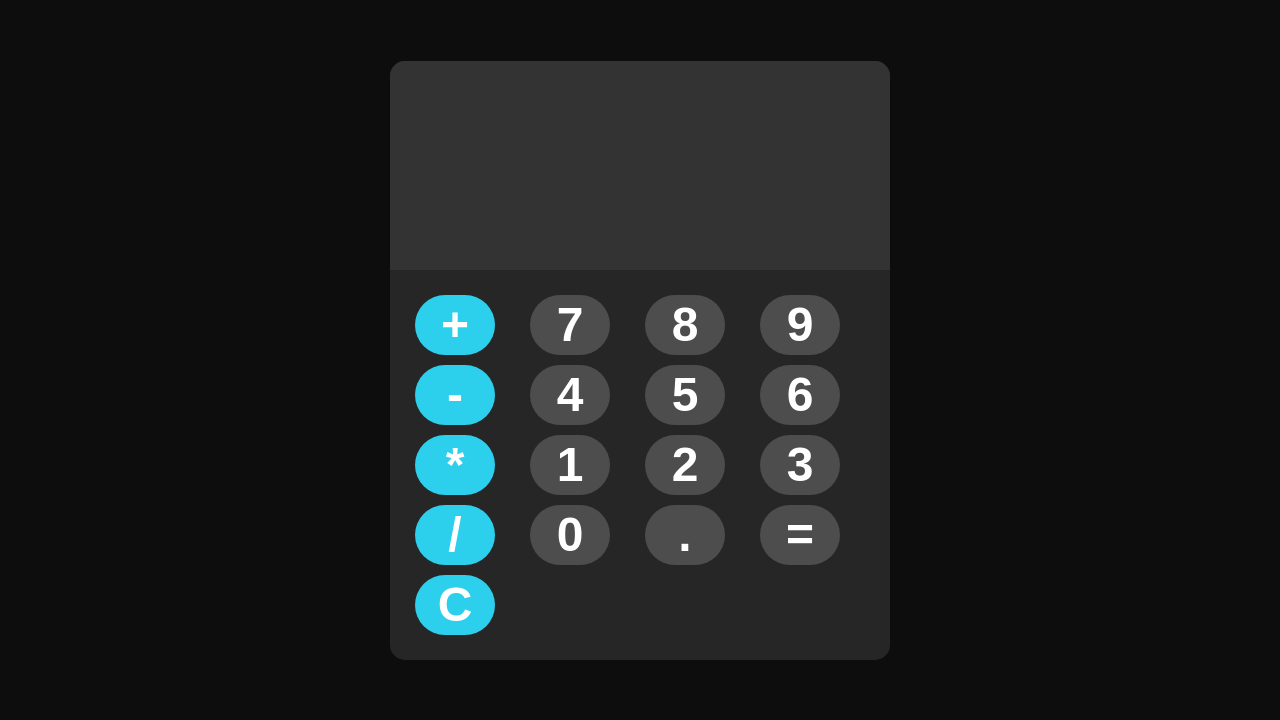
Repository: Haakim19/JavaScript
Page: Calculater/Main.html
The author's editor kept a copy of each file at every save. The page is drawn from the files as they stood at one save, then again after the next save.
The browser window is 1280 px wide. The pictures show the whole page.

Above is the page before, as saved 2024-10-23 10:01:53.

After the next save:
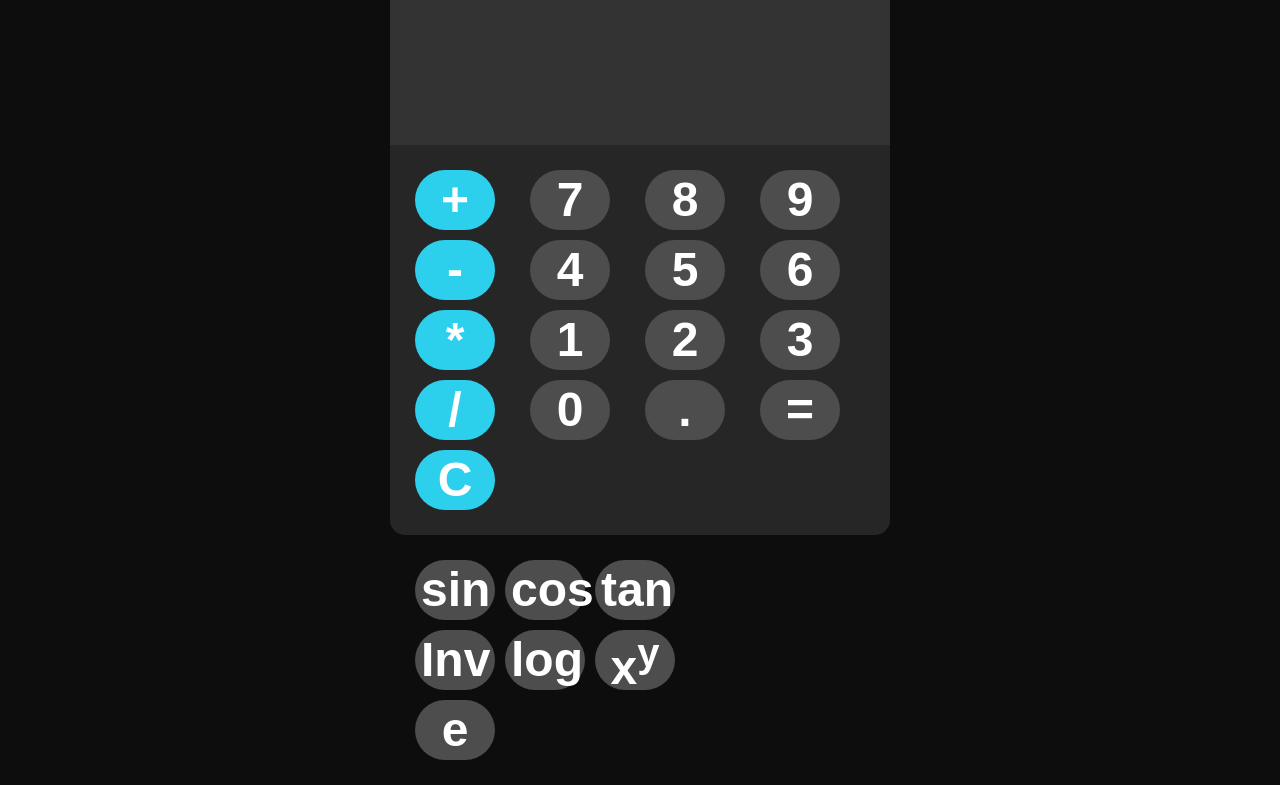
Saved 15 s later.
--- a/Calculater/Main.css
+++ b/Calculater/Main.css
@@ -16,16 +16,13 @@ body{
     max-width: 500px;
     overflow: hidden;
 }
-#keys-sientific{
 
-
-}
 #keys-sientific{
     display: grid;
     grid-template-columns: repeat(3, 1fr);
     gap: 10px;
     padding: 25px;
-    display: none;
+    /* display: none; */
     max-width: 200px;
 
 }
